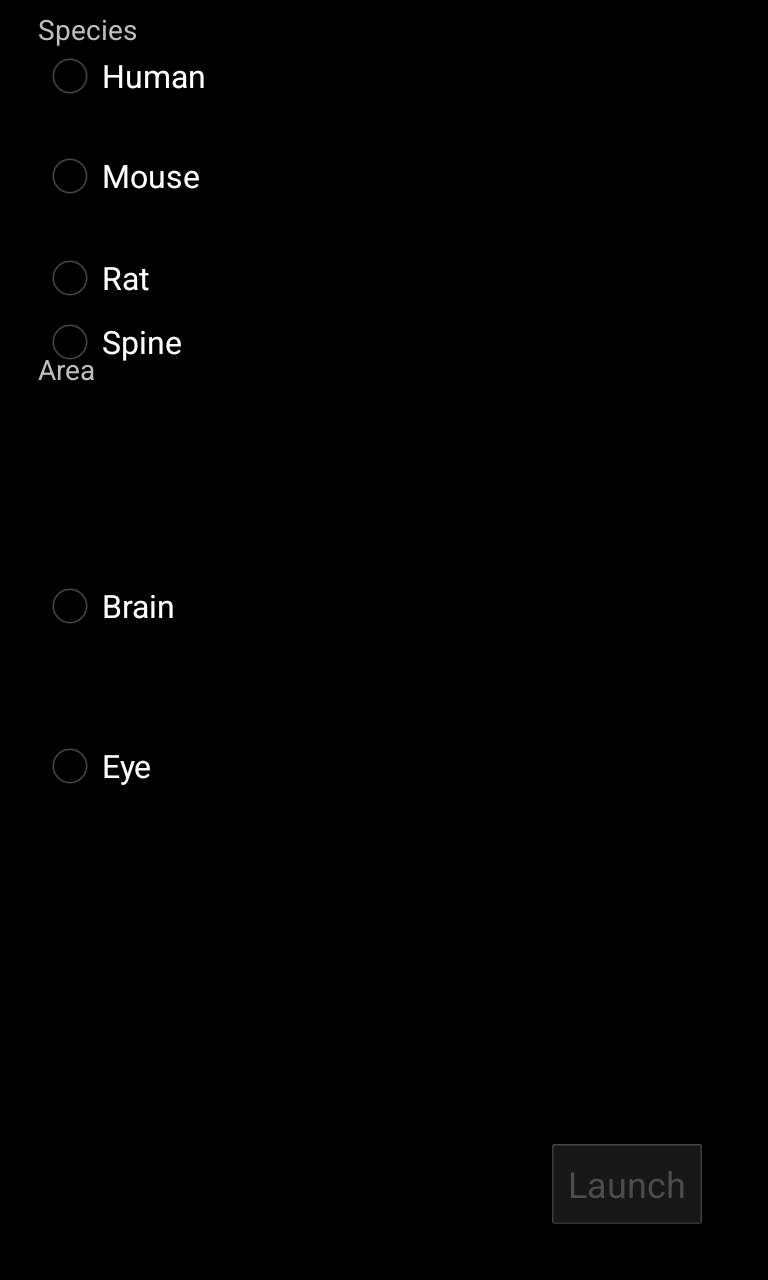
Repository: Ekarg/CSCE315Project3
Layout: Project3/res/layout/activity_main.xml
These files come from the project's save history. The layout is drawn as it stood at one moment and after the next save; the edit follows.
It is drawn on a 768 x 1280 px phone screen (xhdpi) without system bars, with theme android:Theme.Holo; the app's code is not run.

Above is the layout before, as saved 2013-11-27 20:10:31.

### Project3/res/layout/activity_main.xml
<RelativeLayout xmlns:android="http://schemas.android.com/apk/res/android"
    xmlns:tools="http://schemas.android.com/tools"
    android:layout_width="match_parent"
    android:layout_height="match_parent"
    android:paddingBottom="5dp"
    android:paddingLeft="5dp"
    android:paddingRight="5dp"
    android:paddingTop="5dp"
    tools:context=".MainActivity" >

    <Button
        android:id="@+id/button1"
        android:layout_width="wrap_content"
        android:layout_height="wrap_content"
        android:layout_alignParentBottom="true"
        android:layout_alignParentRight="true"
        android:layout_marginBottom="19dp"
        android:layout_marginRight="24dp"
        android:enabled = "false"
		android:onClick="launch"
        android:text="@string/Button" />

    <TextView
        android:id="@+id/textView1"
        android:layout_width="wrap_content"
        android:layout_height="wrap_content"
        android:layout_marginLeft="14dp"
        android:layout_alignParentTop="true"
        android:text="@string/species" />

   <RadioGroup
        android:id="@+id/radioGroup1"
        android:layout_width="fill_parent"
        android:layout_height="wrap_content"
        android:layout_alignParentTop="true"
        android:layout_centerHorizontal="true"
        android:orientation="vertical" >

        <RadioButton
            android:id="@+id/radioButton1"
            android:layout_width="wrap_content"
            android:layout_height="wrap_content"
            android:layout_marginLeft="14dp"
            android:checked = "false"
            android:layout_marginTop="17dp"
            android:text="@string/human"
            android:onClick="onRadioButtonClicked"/>

        <RadioButton
            android:id="@+id/radioButton2"
            android:layout_width="wrap_content"
            android:layout_height="wrap_content"
            android:layout_marginLeft="14dp"
            android:checked = "false"
            android:layout_marginTop="18dp"
            android:text="@string/mouse"
            android:onClick="onRadioButtonClicked"/>

        <RadioButton
            android:id="@+id/radioButton3"
            android:layout_width="wrap_content"
            android:layout_height="wrap_content"
            android:layout_marginLeft="14dp"
            android:checked = "false"
            android:layout_marginTop="19dp"
            android:text="@string/rat"
            android:onClick="onRadioButtonClicked"/>
    </RadioGroup>

    <TextView
        android:id="@+id/textView2"
        android:layout_width="wrap_content"
        android:layout_height="wrap_content"
        android:layout_alignLeft="@+id/textView1"
        android:layout_below="@+id/radioGroup1"
        android:layout_marginTop="20dp"
        android:text="@string/area"
        android:onClick="onRadioButtonClicked" />

     <RadioGroup
        android:id="@+id/radioGroup2"
        android:layout_width="fill_parent"
        android:layout_height="wrap_content"
        android:layout_alignParentTop="true"
        android:layout_centerHorizontal="true"
        android:orientation="vertical" >

	    <RadioButton
	        android:id="@+id/radioButton4"
	        android:layout_width="wrap_content"
            android:layout_height="wrap_content"
            android:layout_marginLeft="14dp"
            android:checked = "false"
            android:layout_marginTop="150dp"
	        android:onClick="onRadioButtonClicked"
	        android:text="@string/spine" />

	    <RadioButton
	        android:id="@+id/radioButton5"
	        android:layout_width="wrap_content"
	        android:layout_height="wrap_content"
	        android:layout_marginLeft="14dp"
	        android:layout_marginTop="100dp"
	        android:checked="false"
	        android:onClick="onRadioButtonClicked"
	        android:text="@string/brain" />

	     <RadioButton
         android:id="@+id/radioButton6"
         android:layout_width="wrap_content"
         android:layout_height="wrap_content"
         android:checked = "false"
         android:layout_marginLeft="14dp"
         android:layout_marginTop="48dp"
         android:text="@string/eye"
         android:onClick="onRadioButtonClicked" />
	</RadioGroup>



</RelativeLayout>

### Project3/res/values/strings.xml
<?xml version="1.0" encoding="utf-8"?>
<resources>

    <string name="app_name">Show Me the.... Neuron!</string>
    <string name="action_settings">Settings</string>
    <string name="hello_world">Hello world!</string>
    <string name="Button">Launch</string>
    <string name="title_activity_second">Neuron Display</string>
    <string name="species">Species</string>
    <string name="human">Human</string>
    <string name="mouse">Mouse</string>
    <string name="rat">Rat</string>
    <string name="area">Area</string>
    <string name="eye">Eye</string>
    <string name="brain">Brain</string>
    <string name="spine">Spine</string>


</resources>

After the next save:
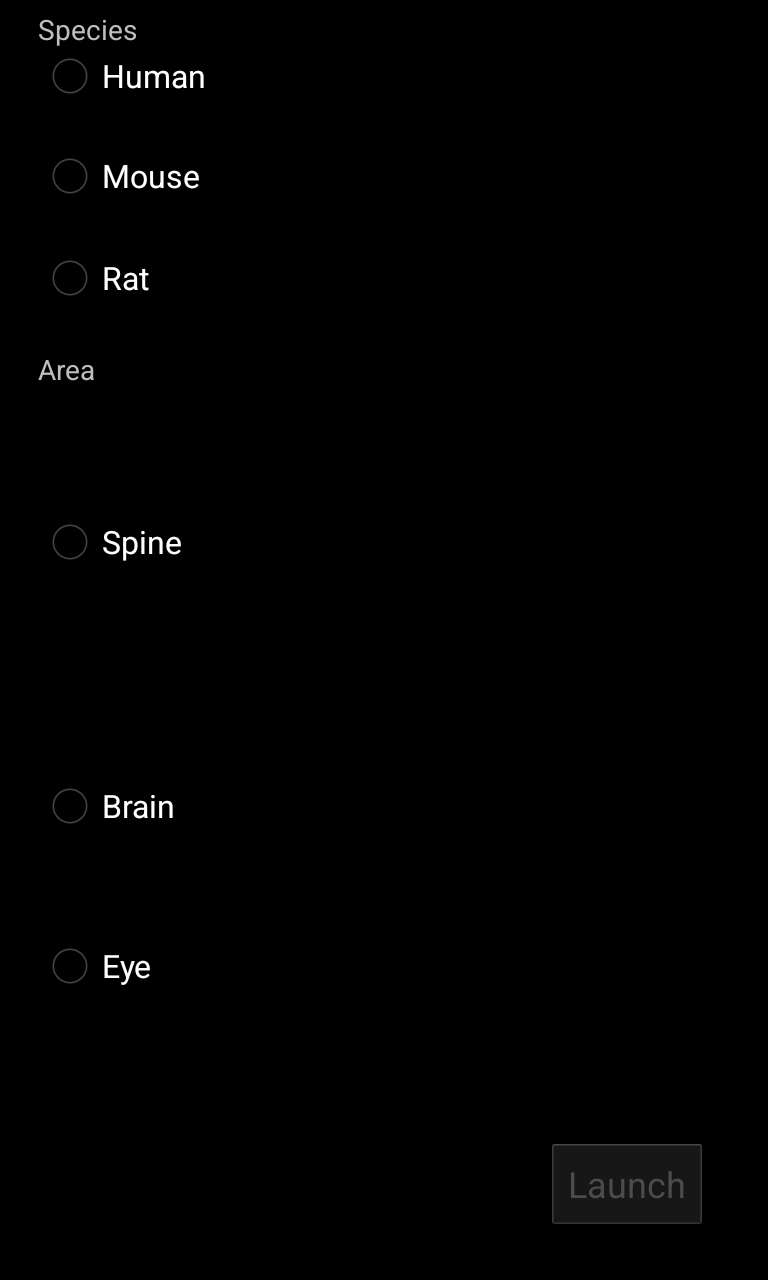
Saved 7 s later.
--- a/Project3/res/layout/activity_main.xml
+++ b/Project3/res/layout/activity_main.xml
@@ -91,7 +91,7 @@
             android:layout_height="wrap_content"
             android:layout_marginLeft="14dp"
             android:checked = "false"
-            android:layout_marginTop="150dp"
+            android:layout_marginTop="250dp"
 	        android:onClick="onRadioButtonClicked"
 	        android:text="@string/spine" />
 
